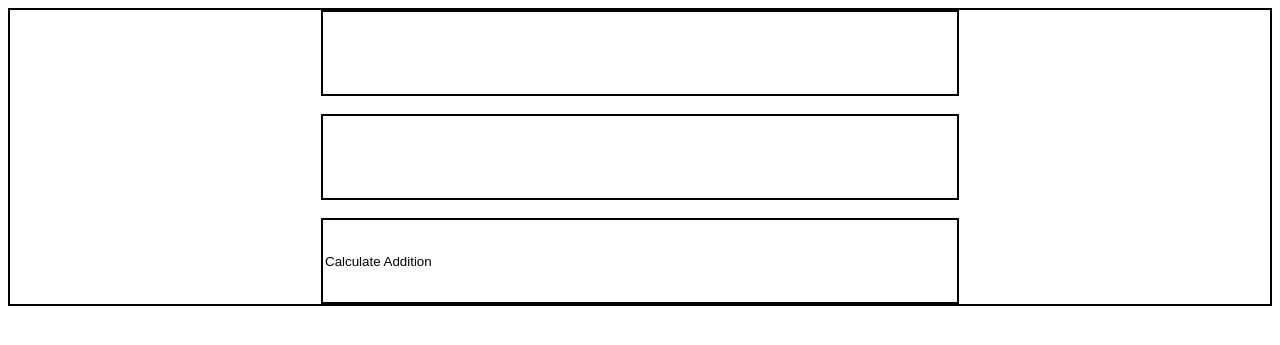
Repository: KiranNaikwadi/JSP
Page: http://localhost/Program/Add.jsp
These files come from the project's save history. The page is drawn as it stood at one moment and after the next save; the edit follows.
The browser window is 1280 px wide. The pictures show the whole page.
The page is served by Tomcat 9.

Above is the page before, as saved 2024-04-06 04:45:46.

### Program/src/main/webapp/Add.jsp
<%@ page language="java" contentType="text/html; charset=UTF-8"
    pageEncoding="UTF-8"%>
<!DOCTYPE html>
<html>
<head>
<meta charset="UTF-8">
<title>Insert title here</title>
<style>
input{
height:80px;
width:50%;
border: 2px solid black;
}
form{
border:2px solid black;
}
</style>
</head>
<body>
<%!
int a,b,c;
%>
<center>
<form name='frm' action='' method='get'>
<input type='text' name='first' value=''><br><br>
<input type='text' name='second' value=''><br><br>
<input type='text' name='s' value='Calculate Addition'>
</center>
</form>
<%
String btn=request.getParameter("s");
if(btn!=null){
	a=Integer.parseInt(request.getParameter("first"));
	b=Integer.parseInt(request.getParameter("second"));
	c=a+b;
	out.println("<h1>Addition is +c </h1>");

}
%>
</body>
</html>

After the next save:
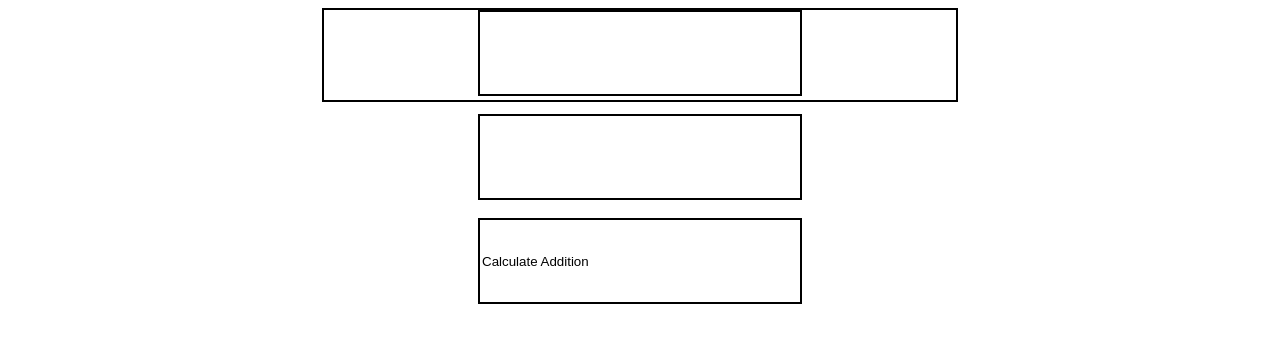
Saved 39 s later.
--- a/Program/src/main/webapp/Add.jsp
+++ b/Program/src/main/webapp/Add.jsp
@@ -13,6 +13,8 @@ border: 2px solid black;
 }
 form{
 border:2px solid black;
+height:90px;
+width:50%;
 }
 </style>
 </head>
